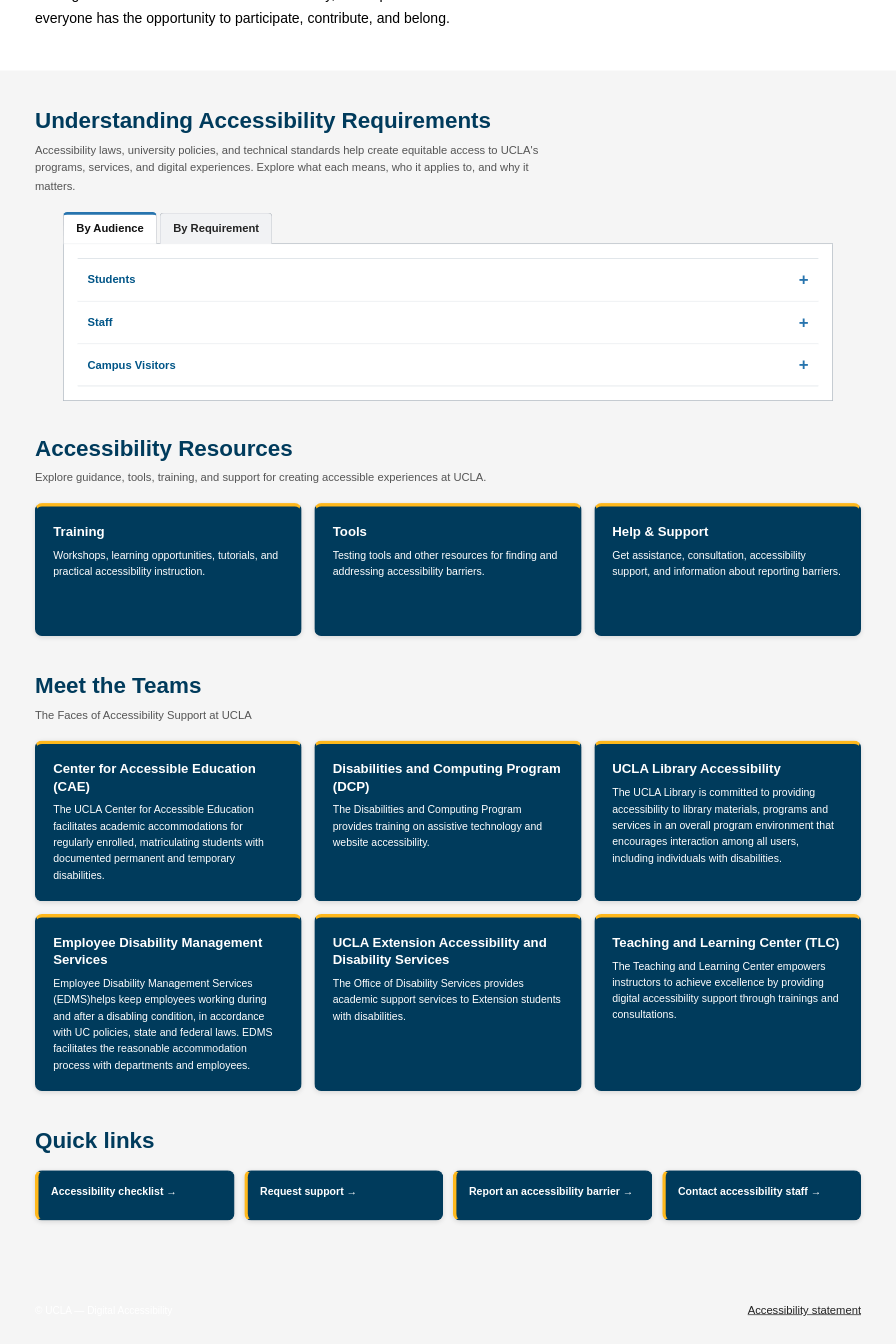
Repository: PSunnywell/UCLA-A11y-barrier-page
Page: index_tabs_with_accordions.html
An editor plug-in stored every save of this project. The page is shown before and after the next save, followed by the edit.
The browser window is 1280 px wide. The pictures show the part of the page from y = 684 to 2604 px (the page is 2604 px tall before and 2580 px after), at 70% of full size.

Above is the page before, as saved 2026-10-13 17:26:02.
Not found: search.js

After the next save:
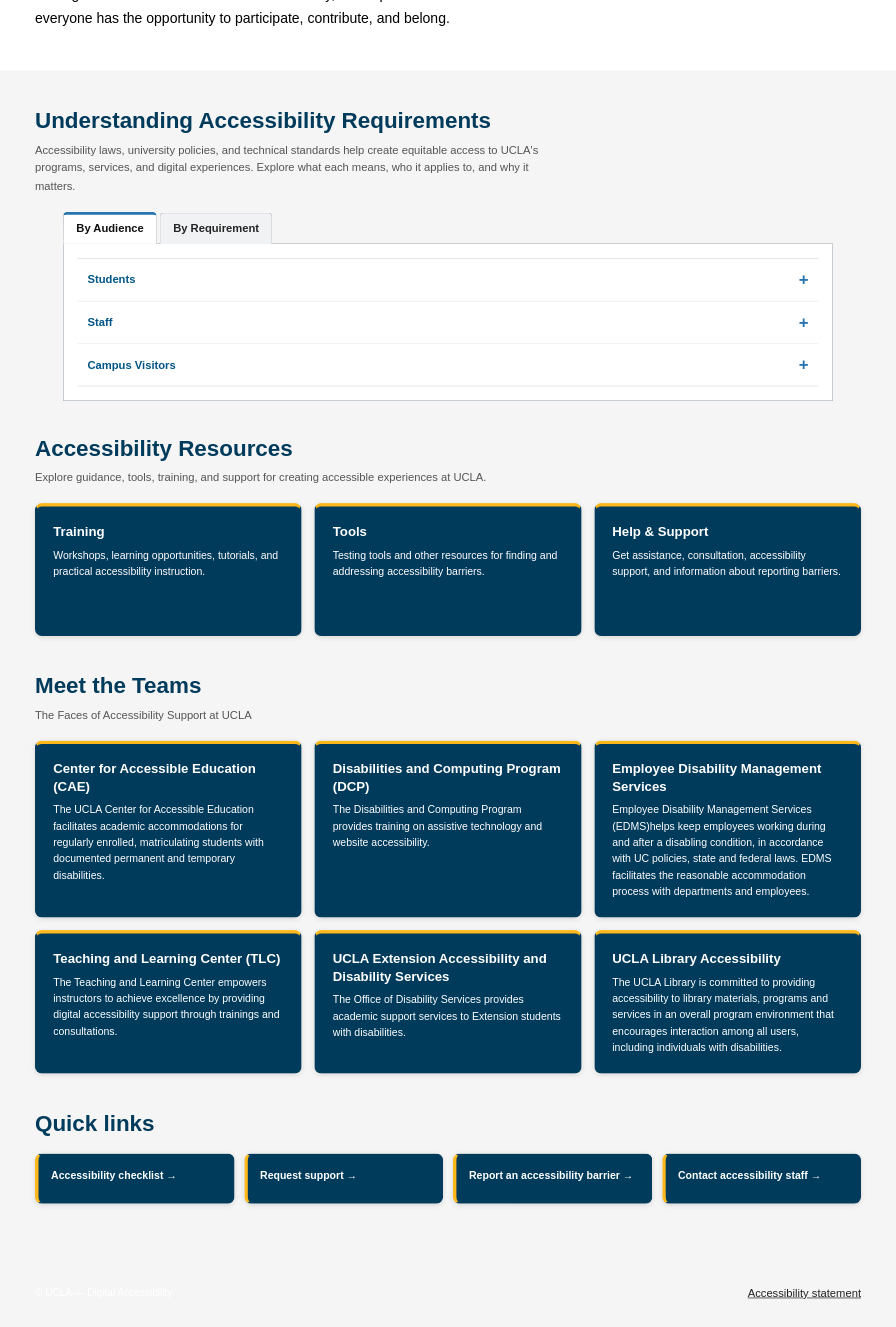
Saved 2 min 29 s later.
--- a/index_tabs_with_accordions.html
+++ b/index_tabs_with_accordions.html
@@ -249,20 +249,7 @@
           </p>
         </a>
 
-        <!-- CARD 3 -->
-        <a
-          class="resource-card is-dark"
-          href="library.html" >
-          <h3>
-            UCLA Library Accessibility
-          </h3>
-
-          <p>
-            The UCLA Library is committed to providing accessibility to library materials, programs and services in an overall program environment that encourages interaction among all users, including individuals with disabilities.
-          </p>
-        </a>
-
-         <!-- CARD 4 -->
+   <!-- CARD 3 -->
         <a
           class="resource-card is-dark"
           href="edms.html" >
@@ -274,6 +261,18 @@
           </p>
         </a>
 
+         <!-- CARD 4 -->
+        <a
+          class="resource-card is-dark"
+          href="TLC.html" >
+          <h3>Teaching and Learning Center (TLC)
+          </h3>
+
+          <p>
+            The Teaching and Learning Center empowers instructors to achieve excellence by providing digital accessibility support through trainings and consultations.
+          </p>
+        </a>
+
          <!-- CARD 5 -->
         <a
           class="resource-card is-dark"
@@ -286,18 +285,18 @@
           </p>
         </a>
 
-          <!-- CARD 5 -->
-        <a
-          class="resource-card is-dark"
-          href="TLC.html" >
-          <h3>Teaching and Learning Center (TLC)
-          </h3>
-
-          <p>
-            The Teaching and Learning Center empowers instructors to achieve excellence by providing digital accessibility support through trainings and consultations.
-          </p>
-        </a>
-
+        <!-- CARD 6 -->
+        <a
+          class="resource-card is-dark"
+          href="library.html" >
+          <h3>
+            UCLA Library Accessibility
+          </h3>
+
+          <p>
+            The UCLA Library is committed to providing accessibility to library materials, programs and services in an overall program environment that encourages interaction among all users, including individuals with disabilities.
+          </p>
+        </a>
 
       </div>
 
